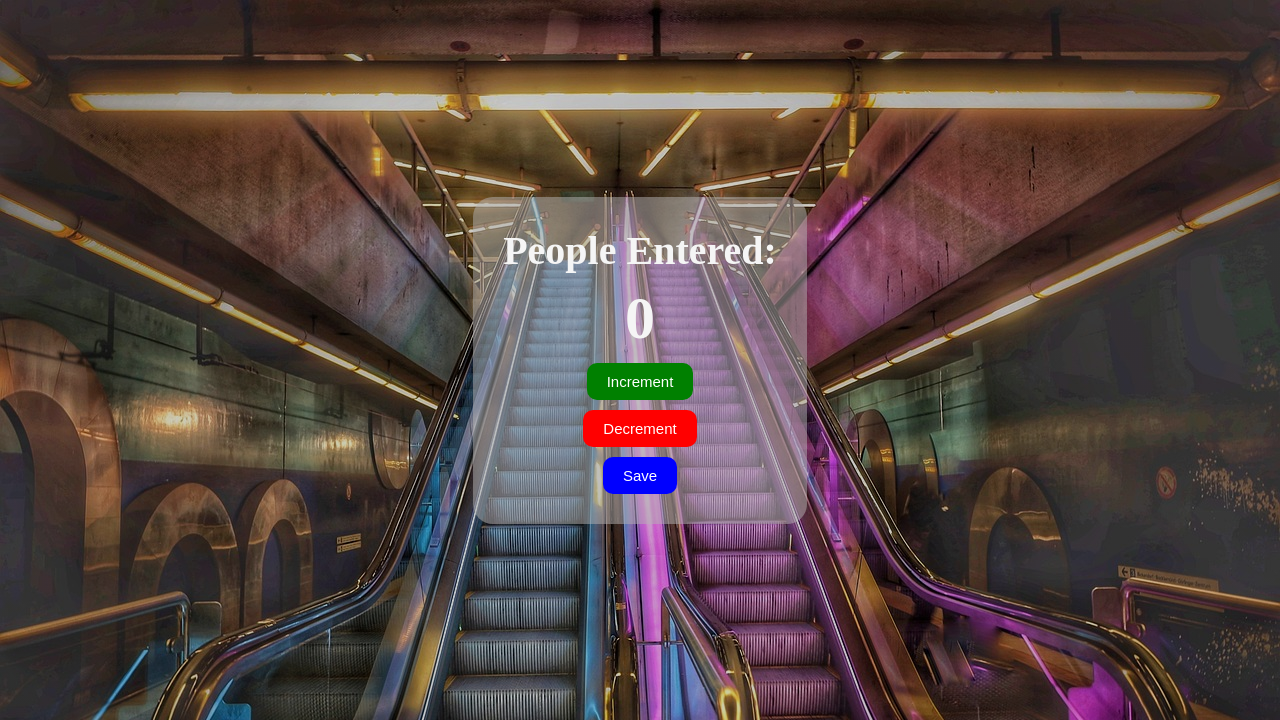
Repository: raghhavv03/javascript-practice
Page: task-1/index.html
An editor plug-in stored every save of this project. The page is shown before and after a run of saves, followed by the edit.
The browser window is 1280 px wide. The pictures show the whole page.

Above is the page before, as saved 2026-02-05 16:38:33.

### task-1/index.html
<!DOCTYPE html>
<html>
    <head>
        <title>Task 1</title>
        <link rel="stylesheet" href="style.css">
        <script src="index.js" defer></script>
</head>

    </head>
    <body>
        <div class="container">
            <h1>People Entered: </h1>
            <h2 id="people-count">0</h2>
            <button id="increment-btn" onClick="incrementCount()">Increment</button>
            <button id="decrement-btn" onClick="decrementCount()">Decrement</button>
            <button id="save-btn" onClick="saveCount()">Save</button>
        </div>
    </body>
</html>

### task-1/style.css
* {
    margin: 0;
    padding: 0;
    box-sizing: border-box;
}

body {
    height: 100vh;
    display: flex;
    justify-content: center;
    align-items: center;
    background-image: linear-gradient(rgba(0,0,0,0.2), rgba(0,0,0,0.2)), url("./subway.jpg");
    background-size: cover;
    color: whitesmoke
}

.container {
    display: flex;
    flex-direction: column;
    justify-content: center;
    align-items: center;
    gap: 10px;
    background-color: rgba(181, 179, 179, 0.5);
    border-radius: 20px;
    padding: 30px;
}

h1 {
    font-size: 40px;
}

h2 {
    font-size: 60px;
}

#increment-btn {
    padding: 10px 20px;
    font-size:15px;
    border: none;
    border-radius: 10px;
    background-color: green;
    color: white;
    cursor: pointer;
}

#decrement-btn {
    padding: 10px 20px;
    font-size:15px;
    border: none;
    border-radius: 10px;
    background-color: red;
    color: white;
    cursor: pointer;
}

#save-btn {
    padding: 10px 20px;
    font-size:15px;
    border: none;
    border-radius: 10px;
    background-color: blue;
    color: white;
    cursor: pointer;
}

### task-1/index.js
// document.getElementById("people-count").innerText = 5

// let firstBatch = 5
// let secondBatch = 7
// let count = firstBatch + secondBatch
// console.log(count)

// let bonusPoints = 50
// console.log(bonusPoints)

// bonusPoints = bonusPoints + 50
// console.log(bonusPoints)

// bonusPoints = bonusPoints - 75
// console.log(bonusPoints)

// bonusPoints = bonusPoints + 45
// console.log(bonusPoints)

// let lap1 = 34
// let lap2 = 33
// let lap3 = 36

// function logLapTime() {
//     let totalTime = lap1 + lap2 + lap3
//     console.log(totalTime)
// }

// logLapTime()

let countPeople = document.getElementById("people-count")
console.log(countPeople)

let count = 0
function incrementCount() {
    count += 1
    countPeople.innerText = count
}

function decrementCount() {
    count -= 1
    countPeople.innerText = count
}

function saveCount() {
    console.log(count)
    count = 0
    countPeople.innerText = count
}

// let username = "Raghav"
// let message = "you have three new notifications"
// console.log(username + ", " + message + "!")

// console.log(4 + 5)
// console.log("2" + "4")
// console.log("5" + 1)
// console.log(100 + "100")

After the next 3 saves:
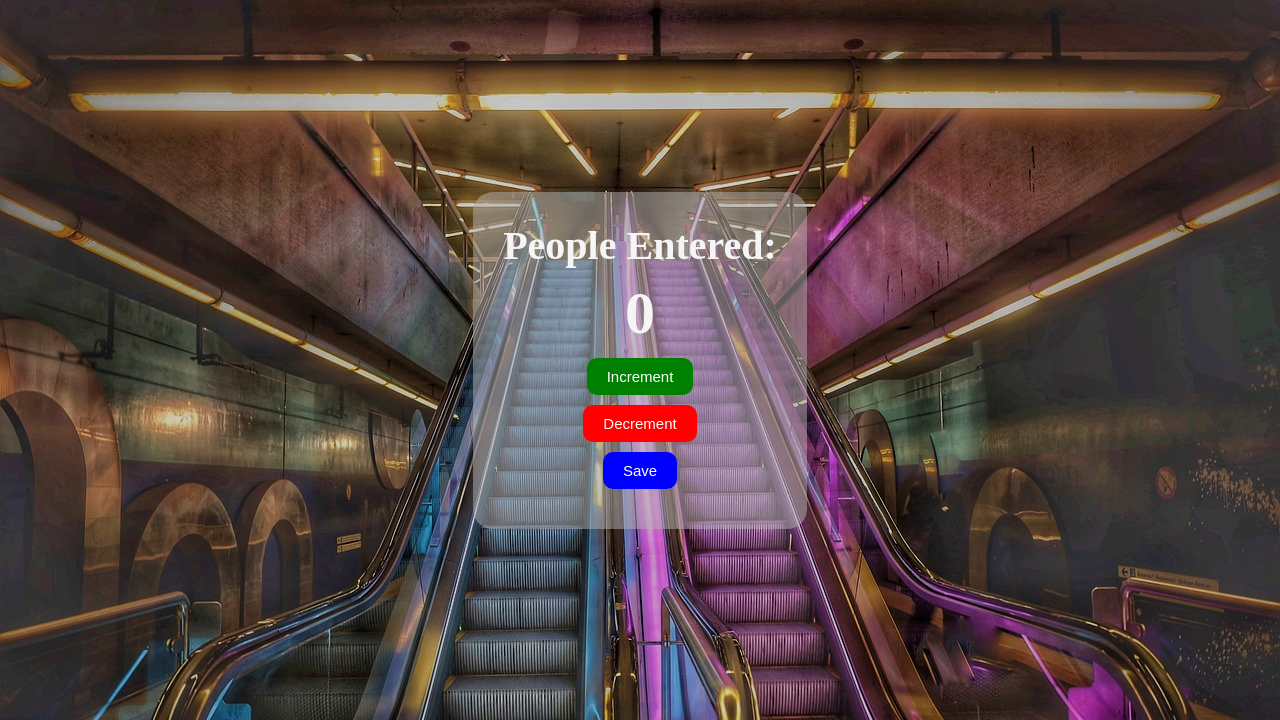
The 3 saves are shown as one change because they came seconds apart.
The last was saved 23 h 13 min later.
--- a/task-1/index.html
+++ b/task-1/index.html
@@ -14,6 +14,7 @@
             <button id="increment-btn" onClick="incrementCount()">Increment</button>
             <button id="decrement-btn" onClick="decrementCount()">Decrement</button>
             <button id="save-btn" onClick="saveCount()">Save</button>
+            <p id=""></p>
         </div>
     </body>
 </html>
